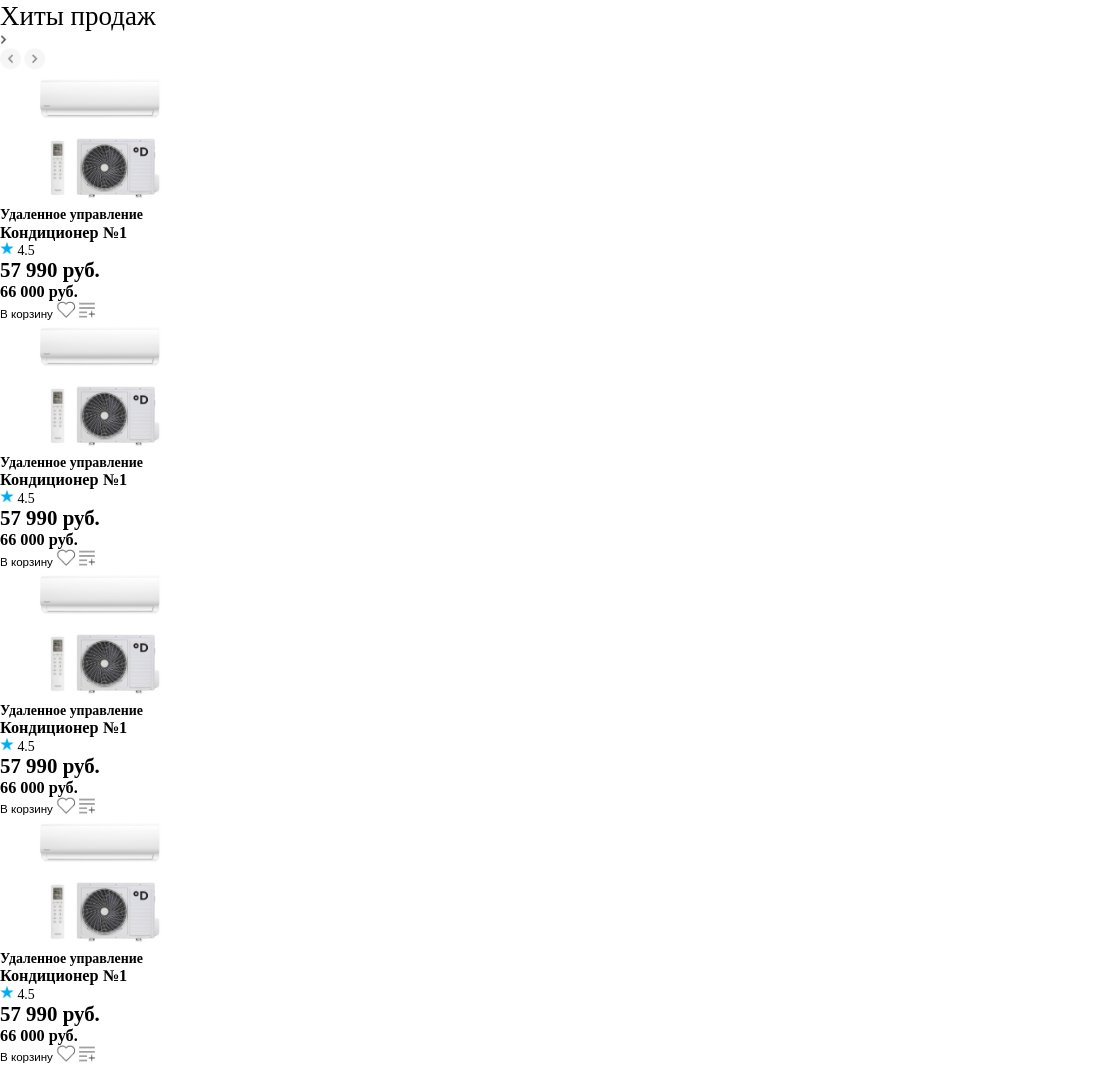
Repository: NikaMana/us
Page: index.html
An editor plug-in stored every save of this project. The page is shown before and after the next save, followed by the edit.
The browser window is 1280 px wide. The pictures show the whole page, at 87% of full size.

Above is the page before, as saved 2021-09-13 17:27:15.

After the next save:
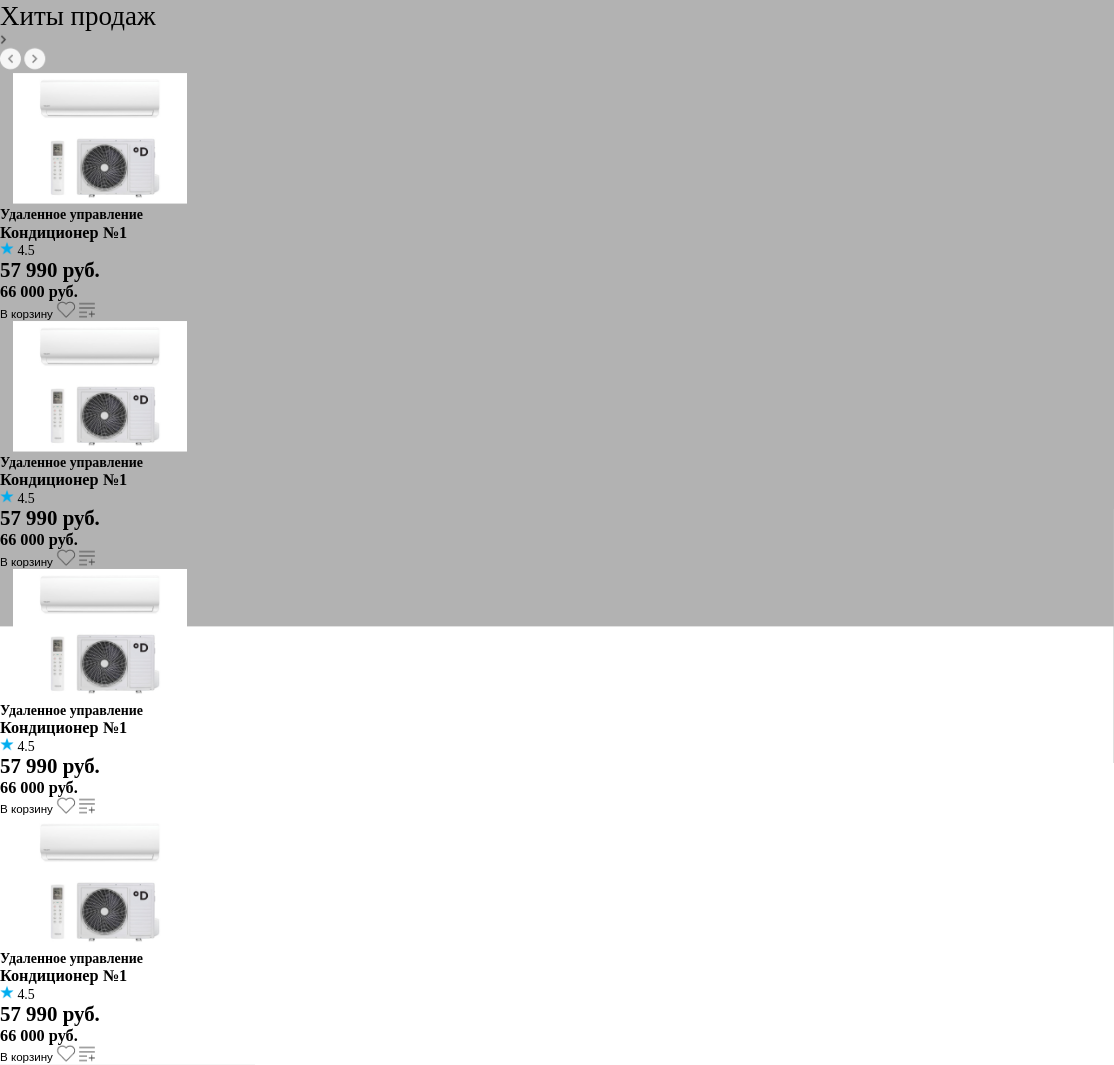
Saved 9 min 12 s later.
--- a/styles.css
+++ b/styles.css
@@ -11,6 +11,14 @@ h1, h2,h3,h4,h5{
   font-family: none;
   font-size: none;
 }
+.welcome{
+  position: absolute;
+  width: 100%;
+  height: 100%;
+  z-index: 0;
+  background-color: rgba(0,0,0,.3);
+}
+
 .welcome__hits{
 font-family: Gotham Pro;
 font-size: 31px;
